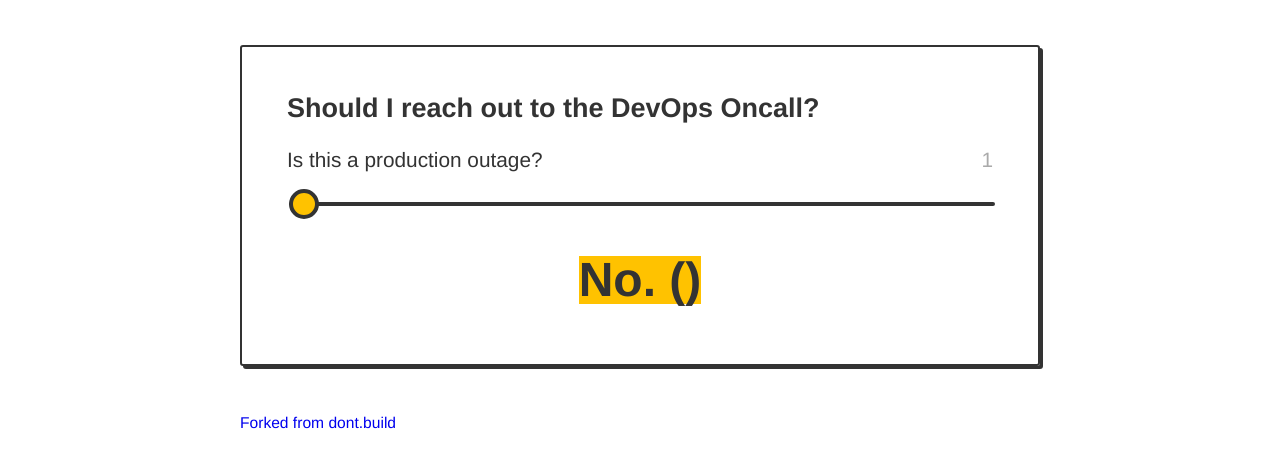
Repository: harishbsrinivas/dont.call
Page: index.html
These files come from the project's save history. The page is drawn as it stood at one moment and after a run of saves; the edit follows.
The browser window is 1280 px wide. The pictures show the whole page.

Above is the page before, as saved 2022-12-03 17:19:22.

### index.html
<!DOCTYPE html>
<html lang="en-US">

<head>
    <meta charset="utf-8" />
    <title>Should I reach out to the DevOps oncall?</title>
    <meta name="description"
        content="A simple, opinionated decision system to help decide whether to reach out to the Devops oncall?" />
    <link rel="shortcut icon" href="https://dont.build/favicon.png" />
    <meta property="og:image" content="https://dont.build/thumb.png">
    <meta name="viewport" content="width=device-width, initial-scale=1" />
    <link href="style.css?v=2" rel="stylesheet" type="text/css" />
</head>

<body>

    <div class="container">
        <section class="box">
            <h1 class="title">Should I reach out to the DevOps Oncall?</h1>
            <br />
            <form class="form">
                <fieldset class="p-outage">
                    <span class="value"></span>
                    <label>Is this a production outage?</label>
                    <input type="range" min="1" max="3" step="1" value="2" />
                </fieldset>
            </form>
            <h1 class="answer">
                <span><span class="bool"></span> (<span class="percent"></span>)</span>
            </h1>
        </section>

        <noscript>
            <h1>This page requires Javascript to function.</h1>
        </noscript>

        <footer><a href="https://github.com/knadh/dont.build">Forked from dont.build</a>
        </footer>
    </div>


    <script>
        (function () {
            const params = [
                { weight: 3, value: 1, negative: false, name: 'p-outage', },
            ]

            params.forEach((p, n) => {
                let net = 0;
                const inp = document.querySelector(`.${p.name} input`);

                inp.value = p.value;
                inp.oninput = (e) => {
                    const val = parseFloat(e.target.value, 64);
                    document.querySelector(`.${p.name} .value`).innerText = val;
                    p.value = val;

                    // Sum all weighted params.
                    const sum = params.reduce((prev, pm) => {
                        let v = pm.value;
                        if (pm.negative) {
                            v = 10 - v;
                        }

                        return prev + (v / 10 * pm.weight);
                    }, 0);

                    // Display the results.
                    // document.querySelector(".answer .percent").innerText = `${(sum * 100).toFixed(0)}%`;

                    let b = 'Yes';
                    if (sum < 0.5 && sum > 0.46) {
                        b = `No, but a close call.`;
                    } else if (sum < 0.48) {
                        b = `No.`;
                    } else if (sum > 0.5 && sum < 0.54) {
                        b = `Yes, but a close call.`;
                    } else if (sum === 0.5) {
                        b = '50-50. Go with the gut.';
                    }
                    document.querySelector(".answer .bool").innerText = b;
                };

                inp.dispatchEvent(new Event('input'));
            });
        })();
    </script>

</body>

</html>

### style.css
:root {
    --primary: #ffc200;
    --secondary: #333;
}

* {
    box-sizing: border-box;
}

html, body {
    margin: 0;
}

body {
    font-family: 'Helvetica Neue', 'Segoe UI', Arial, sans-serif;
    font-size: 18px;
    line-height: 24px;
    color: var(--secondary);
    height: 100%;
    margin: 0;
    padding: 0;
}

h1, h2, h3 {
  line-height: 2rem;
}

a {
    text-decoration: none;
}

p {
  color: #666;
}

fieldset {
  padding: 0;
  margin: 0;
  border: 0;
}

input[type="range"] {
  -webkit-appearance: none;
  width: 100%;
  height: 4px;
  background: var(--secondary);
  border-radius: 3px;
}

input[type="range"]::-webkit-slider-thumb {
  -webkit-appearance: none;
  background: var(--primary);
  height: 30px;
  width: 30px;
  border-radius: 50%;
  cursor: pointer;
  border: 4px solid var(--secondary);
}

input[type="range"]::-moz-range-thumb {
  background: var(--primary);
  border-radius: 100%;
  height: 20px;
  width: 20px;
  cursor: pointer;
  border: 4px solid var(--secondary);
}

input[type=range]::-webkit-slider-runnable-track  {
  -webkit-appearance: none;
  box-shadow: none;
  border: none;
  background: transparent;
}


button {
    background: var(--primary);
    cursor: pointer;
    border-color: #000;
    padding: 10px 30px;
}
    button:hover {
        background: #aaa;
    }

.container {
    max-width: 800px;
    margin: 45px auto 30px auto;
}
.box {
    padding: 30px 45px;
    border: 1px solid #ddd;
    border-radius: 3px;
    border: 2px solid var(--secondary);
    box-shadow: 3px 3px 0px var(--secondary);
    margin-bottom: 45px;
}

.container .title {
  margin: 15px 0 0px 0;
}

.help {
  margin-top: 5px;
}

.form {
  clear: both;
}
.form fieldset {
  font-size: 1.3rem;
  margin-bottom: 45px;
}
  .form label {
    display: block;
    margin-bottom: 15px;
  }
  .form .value, .help {
    float: right;
    color: #aaa;
  }

.answer {
  text-align: center;
  margin: 30px 0;
  font-size: 3rem;
  line-height: 3rem;
}
  .answer span {
    display: inline-block;
    background: var(--primary);
  }

footer {
  margin: 30px auto;
  color: #999;
  font-size: 0.975rem;
}

@media (max-width: 800px) {
  .container {
    max-width: none;
    margin: 20px 30px 20px 20px;
    padding: 0;
  }
  .box {
    padding: 0;
    border: 0;
    box-shadow: none;
  }
  .help {
    float: none;
  }
  .form label {
    float: left;
    max-width: 90%;
  }
}


@media (max-width: 400px) {
  .form label {
    max-width: 70%;
  }
}

After the next 2 saves:
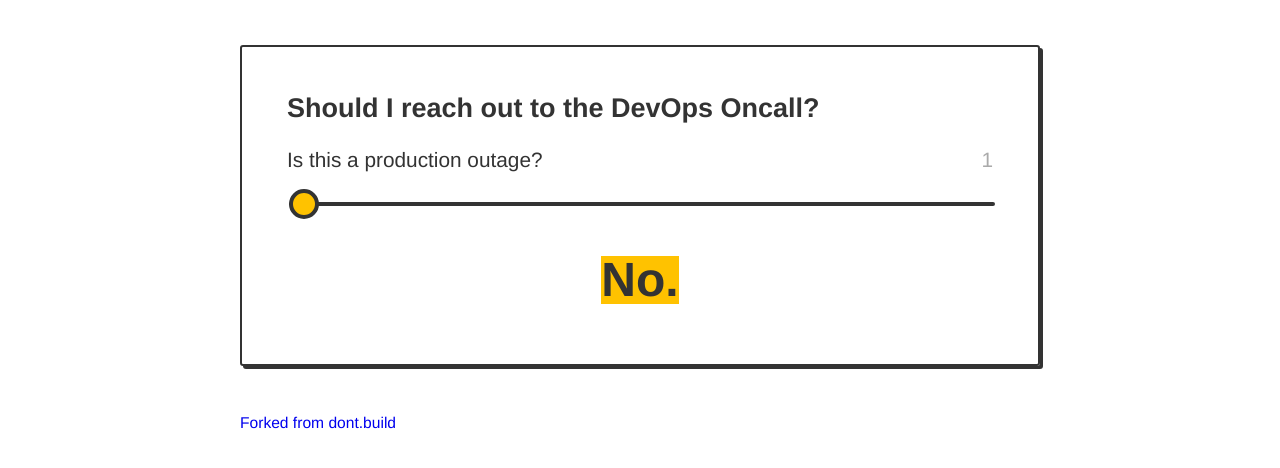
The 2 saves are shown as one change because they came seconds apart.
The last was saved 25 s later.
--- a/index.html
+++ b/index.html
@@ -26,7 +26,7 @@
                 </fieldset>
             </form>
             <h1 class="answer">
-                <span><span class="bool"></span> (<span class="percent"></span>)</span>
+                <span><span class="bool"></span><span class="percent"></span></span>
             </h1>
         </section>
 
